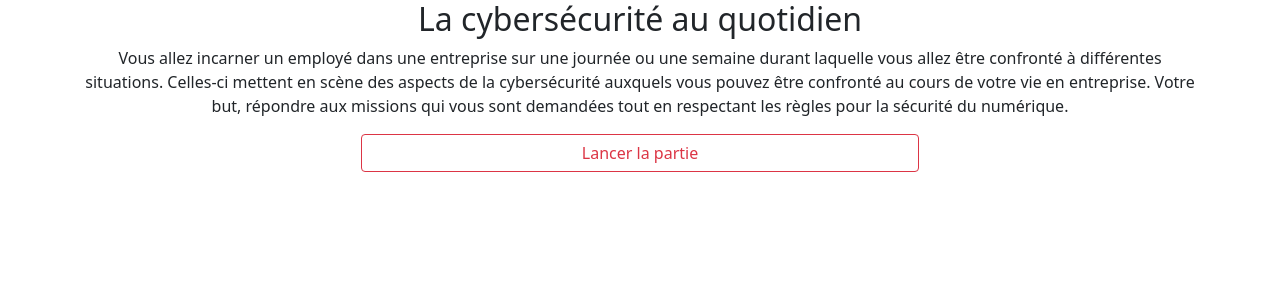
Repository: Geleetz/Workshop-I1-EPSI
Page: http://localhost/
These files come from the project's save history. The page is drawn as it stood at one moment and after the next save; the edit follows.
The browser window is 1280 px wide. The pictures show the whole page.
The page is run by PHP 8.4 with error messages shown; the project is at /var/www/html/.

Above is the page before, as saved 2021-09-28 11:19:45.

### index.php
<!doctype html>
<html lang="fr">

<head>
  <!-- Required meta tags -->
  <meta charset="utf-8">
  <meta name="viewport" content="width=device-width, initial-scale=1, shrink-to-fit=no">
  <!-- Ajout des librairies CSS -->
  <link href="https://cdn.jsdelivr.net/npm/bootstrap@5.1.1/dist/css/bootstrap.min.css" rel="stylesheet" integrity="sha384-F3w7mX95PdgyTmZZMECAngseQB83DfGTowi0iMjiWaeVhAn4FJkqJByhZMI3AhiU" crossorigin="anonymous">
  <title>Workshop - Accueil</title>

</head>
<body>
<h2 class="text-center">La cybersécurité au quotidien</h2>
<div class="container">
  <p class="text-center">Vous allez incarner un employé dans une entreprise sur une journée ou une semaine durant laquelle vous allez être confronté à
    différentes situations. Celles-ci mettent en scène des aspects de la cybersécurité auxquels vous pouvez être confronté au
    cours de votre vie en entreprise. Votre but, répondre aux missions qui vous sont demandées tout en respectant les règles pour
    la sécurité du numérique.</p>
  <div class="d-grid gap-2 col-6 mx-auto">
    <button onclick="startGame()" type="button" class="btn btn-outline-danger">Lancer la partie</button>
  </div>
</div>
</body>
<script>
function startGame() {
  window.location.href="game.php";
}
</script>
<!-- Ajout des librairies JS -->
<script src="https://cdn.jsdelivr.net/npm/bootstrap@5.1.1/dist/js/bootstrap.bundle.min.js" integrity="sha384-/bQdsTh/da6pkI1MST/rWKFNjaCP5gBSY4sEBT38Q/9RBh9AH40zEOg7Hlq2THRZ" crossorigin="anonymous"></script>
</html>

After the next save:
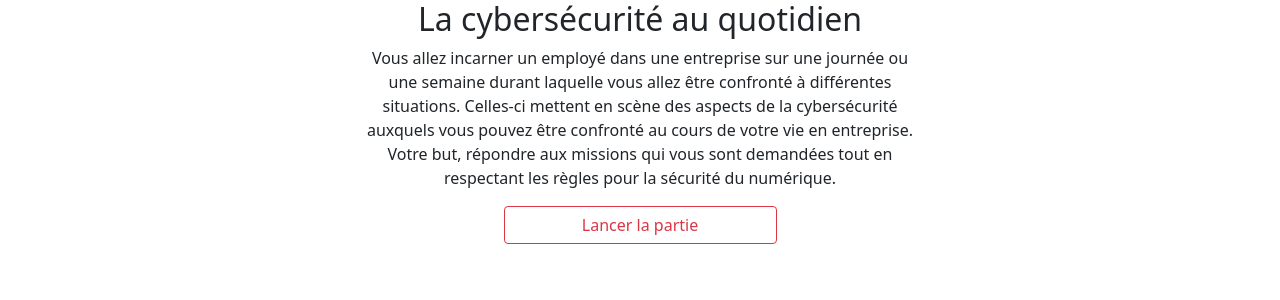
Saved 10 min 29 s later.
--- a/index.php
+++ b/index.php
@@ -13,12 +13,18 @@
 <body>
 <h2 class="text-center">La cybersécurité au quotidien</h2>
 <div class="container">
-  <p class="text-center">Vous allez incarner un employé dans une entreprise sur une journée ou une semaine durant laquelle vous allez être confronté à
-    différentes situations. Celles-ci mettent en scène des aspects de la cybersécurité auxquels vous pouvez être confronté au
-    cours de votre vie en entreprise. Votre but, répondre aux missions qui vous sont demandées tout en respectant les règles pour
-    la sécurité du numérique.</p>
-  <div class="d-grid gap-2 col-6 mx-auto">
-    <button onclick="startGame()" type="button" class="btn btn-outline-danger">Lancer la partie</button>
+  <div class="row">
+    <div class="col-md-3"></div>
+    <div class="col-md-6">
+      <p class="text-center">Vous allez incarner un employé dans une entreprise sur une journée ou une semaine durant laquelle vous allez être confronté à
+        différentes situations. Celles-ci mettent en scène des aspects de la cybersécurité auxquels vous pouvez être confronté au
+        cours de votre vie en entreprise. Votre but, répondre aux missions qui vous sont demandées tout en respectant les règles pour
+        la sécurité du numérique.</p>
+      <div class="d-grid gap-2 col-6 mx-auto">
+        <button onclick="startGame()" type="button" class="btn btn-outline-danger">Lancer la partie</button>
+      </div>
+    </div>
+    <div class="col-md-3"></div>
   </div>
 </div>
 </body>
